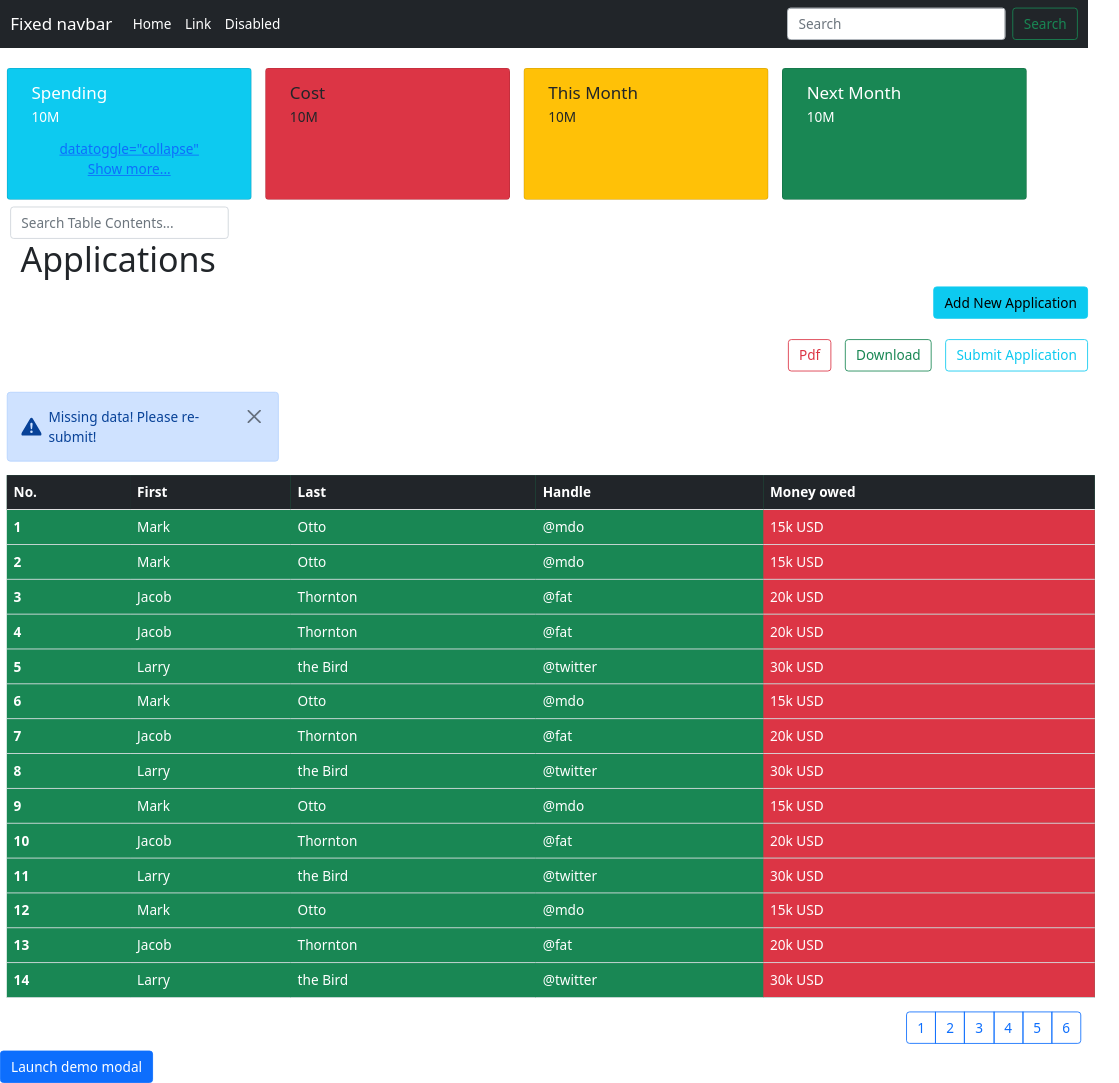
Repository: Dayvid0/BOOTSTRAP-TUTORIALS
Page: BOOTSTRAP-GRID-LAYOUTS/zylo.html
These files come from the project's save history. The page is drawn as it stood at one moment and after the next save; the edit follows.
The browser window is 1280 px wide. The page is 1316 px wide, so the pictures cover 1316 px, including what lies to the right of the window. The pictures show the whole page, at 85% of full size.

Above is the page before, as saved 2025-02-01 11:47:10.

### BOOTSTRAP-GRID-LAYOUTS/zylo.html
<!doctype html>
<html lang="en">
  <head>
    <!-- Required meta tags -->
    <meta charset="utf-8">
    <meta name="viewport" content="width=device-width, initial-scale=1">
    <!-- Bootstrap CSS -->
    <link href="https://cdn.jsdelivr.net/npm/bootstrap@5.0.2/dist/css/bootstrap.min.css" rel="stylesheet" integrity="sha384-EVSTQN3/azprG1Anm3QDgpJLIm9Nao0Yz1ztcQTwFspd3yD65VohhpuuCOmLASjC" crossorigin="anonymous">
    <title>ZYLO</title>
    <style>
      body {
      min-height: 75rem;
      padding-top: 4.5rem;
}
    </style>
  </head>
  <body>
    <div class="container-fluid">
      <div class="row ">
        <div class="card m-2 col-md-3 bg-info text-white" style="width: 18rem;">
          <div class="card-body">
            <h5 class="card-title">Spending</h5>
            <h6>10M</h6>
            <a href="#" class="btn btn-link"> datatoggle="collapse" Show more...</a>
          </div>
        </div>
        <div class="card m-2 col-md-3 bg-danger" style="width: 18rem;">
          <div class="card-body">
            <h5 class="card-title">Cost</h5>
            <h6>10M</h6>
          </div>
        </div>
        <div class="card m-2 col-md-3 bg-warning" style="width: 18rem;">
          <div class="card-body">
            <h5 class="card-title">This Month</h5>
            <h6>10M</h6>
          </div>
        </div>
        <div class="card m-2 col-md-3 bg-success text-white" style="width: 18rem;">
          <div class="card-body">
            <h5 class="card-title">Next Month</h5>
            <h6>10M</h6>
          </div>
        </div>
      </div>
    </div>
    <nav class="navbar navbar-expand-md navbar-dark fixed-top bg-dark">
      <div class="container-fluid">
        <a class="navbar-brand" href="#">Fixed navbar</a>
        <button class="navbar-toggler" type="button" data-bs-toggle="collapse" data-bs-target="#navbarCollapse" aria-controls="navbarCollapse" aria-expanded="false" aria-label="Toggle navigation">
          <span class="navbar-toggler-icon"></span>
        </button>
        <div class="collapse navbar-collapse" id="navbarCollapse">
          <ul class="navbar-nav me-auto mb-2 mb-md-0">
            <li class="nav-item">
              <a class="nav-link active" aria-current="page" href="#">Home</a>
            </li>
            <li class="nav-item">
              <a class="nav-link active" href="#">Link</a>
            </li>
            <li class="nav-item">
              <a class="nav-link active" href="#" tabindex="-1" aria-disabled="true">Disabled</a>
            </li>
          </ul>
          <form class="d-flex">
            <input class="form-control me-2" type="search" placeholder="Search" aria-label="Search">
            <button class="btn btn-outline-success" type="submit">Search</button>
          </form>
        </div>
      </div>
    </nav>
      <div class="row  ">
        <input class="form-control  mx-4 w-auto " type="search" placeholder="Search Table Contents..." aria-label="Search">
        <h1 class="mx-4">Applications</h1>
      </div>
      <!--buttons-->
      <div class="col d-flex  justify-content-end pb-4">
            <button type="button" class="btn btn-info" data-bs-toggle="modal" data-bs-target="#exampleModal">
              Add New Application</button>
        </div>
      </div>
      <div class="col pb-4 d-flex gap-3 justify-content-end align-items ">
        <button type="button" class="btn btn-outline-danger">Pdf</button>
        <button type="button" class="btn btn-outline-success">Download</button>
        <button type="button" class="btn btn-outline-info">Submit Application</button>
      </div>
      <!--Alerts-->
      <div class="alert alert-primary d-flex align-items-left  w-25 mx-2" role="alert">
        <div class="d-flex align-items-center w-">
            <svg xmlns="http://www.w3.org/2000/svg" width="24" height="24" fill="currentColor" class="bi bi-exclamation-triangle-fill flex-shrink-0 me-2" viewBox="0 0 16 16" role="img" aria-label="Warning:">
                <path d="M8.982 1.566a1.13 1.13 0 0 0-1.96 0L.165 13.233c-.457.778.091 1.767.98 1.767h13.713c.889 0 1.438-.99.98-1.767L8.982 1.566zM8 5c.535 0 .954.462.9.995l-.35 3.507a.552.552 0 0 1-1.1 0L7.1 5.995A.905.905 0 0 1 8 5zm.002 6a1 1 0 1 1 0 2 1 1 0 0 1 0-2z"/>
            </svg>
            <div>
                Missing data! Please re-submit!
            </div>
        </div>
        <button type="button" class="btn-close ms-auto" data-bs-dismiss="alert" aria-label="Close"></button>
    </div>
      <!--End of alerts-->
    <table class="table table-hover mx-2 bg-success text-white">
      <thead class="bg-dark text-white">
        <tr >
          <th scope="col">No.</th>
          <th scope="col">First</th>
          <th scope="col">Last</th>
          <th scope="col">Handle</th>
          <th scope="col">Money owed</th>
        </tr>
      </thead>
      <tbody>
        <tr>
          <th scope="row">1</th>
          <td>Mark</td>
          <td>Otto</td>
          <td>@mdo</td>
          <td class="bg-danger">15k USD</td>
        </tr>
        <tr>
          <th scope="row">2</th>
          <td>Mark</td>
          <td>Otto</td>
          <td>@mdo</td>
          <td class="bg-danger">15k USD</td>
        </tr>
        <tr>
          <th scope="row">3</th>
          <td>Jacob</td>
          <td>Thornton</td>
          <td>@fat</td>
          <td class="bg-danger">20k USD</td>
        </tr>
        <tr>
          <tr>
            <th scope="row">4</th>
            <td>Jacob</td>
            <td>Thornton</td>
            <td>@fat</td>
            <td class="bg-danger">20k USD</td>
          </tr>
          <tr>
          <th scope="row">5</th>
          <td >Larry </td>
          <td>the Bird</td>
          <td>@twitter</td>
          <td class="bg-danger">30k USD</td>
        </tr>
        <tr>
          <th scope="row">6</th>
          <td>Mark</td>
          <td>Otto</td>
          <td>@mdo</td>
          <td class="bg-danger">15k USD</td>
        </tr>
        <tr>
          <th scope="row">7</th>
          <td>Jacob</td>
          <td>Thornton</td>
          <td>@fat</td>
          <td class="bg-danger">20k USD</td>
        </tr>
        <tr>
          <th scope="row">8</th>
          <td>Larry </td>
          <td>the Bird</td>
          <td>@twitter</td>
          <td class="bg-danger">30k USD</td>
        </tr>
        <tr>
          <th scope="row">9</th>
          <td>Mark</td>
          <td>Otto</td>
          <td>@mdo</td>
          <td class="bg-danger">15k USD</td>
        </tr>
        <tr>
          <th scope="row">10</th>
          <td>Jacob</td>
          <td>Thornton</td>
          <td>@fat</td>
          <td class="bg-danger">20k USD</td>
        </tr>
        <tr>
          <th scope="row">11</th>
          <td>Larry </td>
          <td>the Bird</td>
          <td>@twitter</td>
          <td class="bg-danger">30k USD</td>
        </tr>
        <tr>
          <th scope="row">12</th>
          <td>Mark</td>
          <td>Otto</td>
          <td>@mdo</td>
          <td class="bg-danger">15k USD</td>
        </tr>
        <tr>
          <th scope="row">13</th>
          <td>Jacob</td>
          <td>Thornton</td>
          <td>@fat</td>
          <td class="bg-danger">20k USD</td>
        </tr>
        <tr>
          <th scope="row">14</th>
          <td>Larry </td>
          <td>the Bird</td>
          <td>@twitter</td>
          <td class="bg-danger">30k USD</td>
        </tr>
      </tbody>
    </table>
    <div class="d-flex justify-content-end m-2">
    <div class="btn-group" role="group" aria-label="Basic example">
      <button type="button" class="btn btn-outline-primary">1</button>
      <button type="button" class="btn btn-outline-primary ">2</button>
      <button type="button" class="btn btn-outline-primary">3</button>
      <button type="button" class="btn btn-outline-primary">4</button>
      <button type="button" class="btn btn-outline-primary ">5</button>
      <button type="button" class="btn btn-outline-primary">6</button>
    </div>
  </div>
  <!-- Button trigger modal -->
<button type="button" class="btn btn-primary" data-bs-toggle="modal" data-bs-target="#exampleModal">
  Launch demo modal
</button>
<!-- Modal -->
<div class="modal fade" id="exampleModal" tabindex="-1" aria-labelledby="exampleModalLabel" aria-hidden="true">
  <div class="modal-dialog">
    <div class="modal-content">
      <div class="modal-header">
        <h5 class="modal-title" id="exampleModalLabel">NEW APPLICATION</h5>
        <button type="button" class="btn-close" data-bs-dismiss="modal" aria-label="Close"></button>
      </div>
      <div class="modal-body">
        Live demo
Toggle a working modal demo by clicking the button below. It will slide down and fade in from the top of the page.
      </div>
      <div class="modal-footer">
        <button type="button" class="btn btn-secondary" data-bs-dismiss="modal">Close</button>
        <button type="button" class="btn btn-primary">Download</button>
        <button type="button" class="btn btn-success">PDF</button>
        <button type="button" class="btn btn-info">Print</button>
      </div>
    </div>
  </div>
</div>
    <script src="https://cdn.jsdelivr.net/npm/bootstrap@5.0.2/dist/js/bootstrap.bundle.min.js" integrity="sha384-MrcW6ZMFYlzcLA8Nl+NtUVF0sA7MsXsP1UyJoMp4YLEuNSfAP+JcXn/tWtIaxVXM" crossorigin="anonymous"></script>
  </body>
</html>

After the next save:
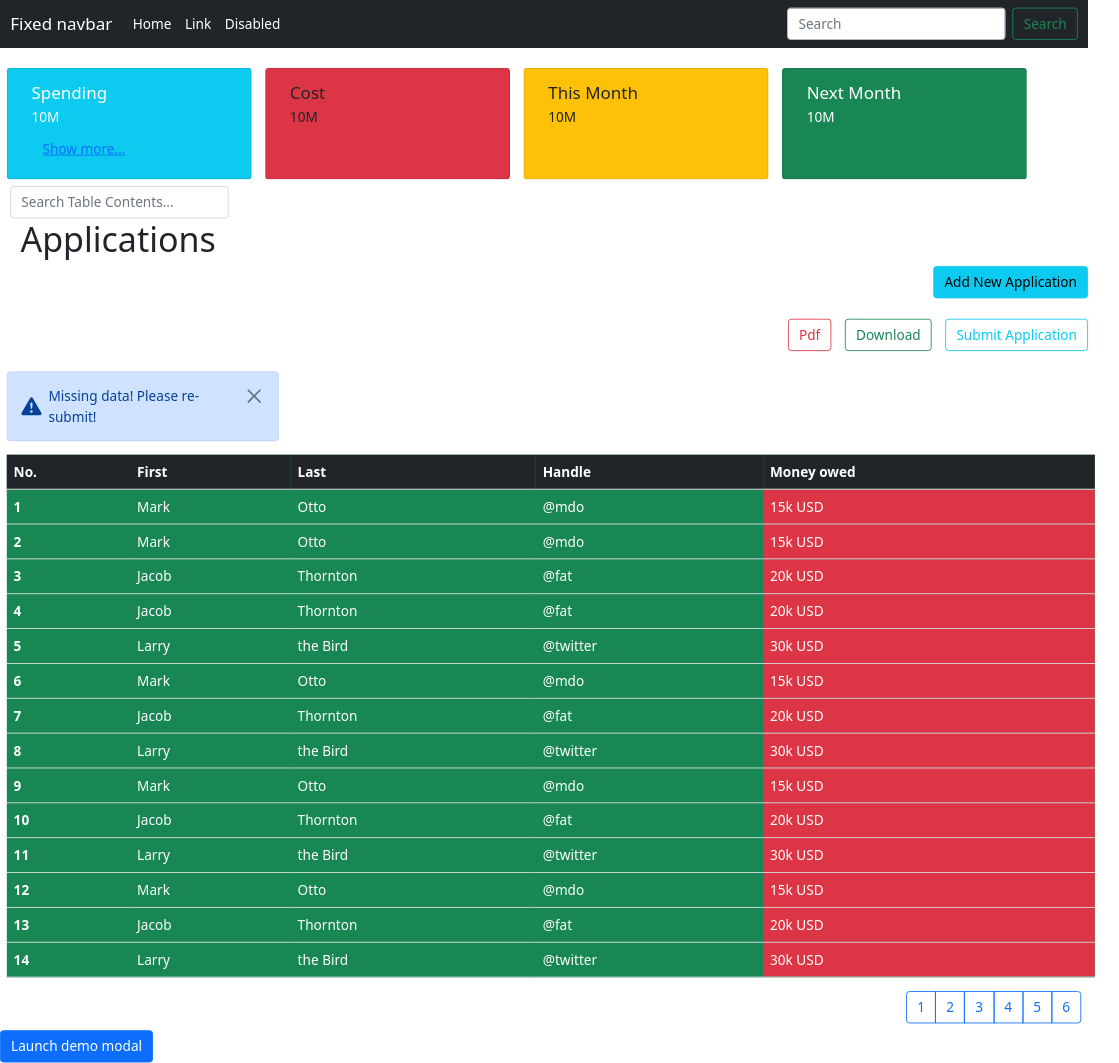
Saved 25 s later.
--- a/BOOTSTRAP-GRID-LAYOUTS/zylo.html
+++ b/BOOTSTRAP-GRID-LAYOUTS/zylo.html
@@ -21,7 +21,7 @@
           <div class="card-body">
             <h5 class="card-title">Spending</h5>
             <h6>10M</h6>
-            <a href="#" class="btn btn-link"> datatoggle="collapse" Show more...</a>
+            <a href="#" class="btn btn-link" datatoggle="collapse" > Show more...</a>
           </div>
         </div>
         <div class="card m-2 col-md-3 bg-danger" style="width: 18rem;">
